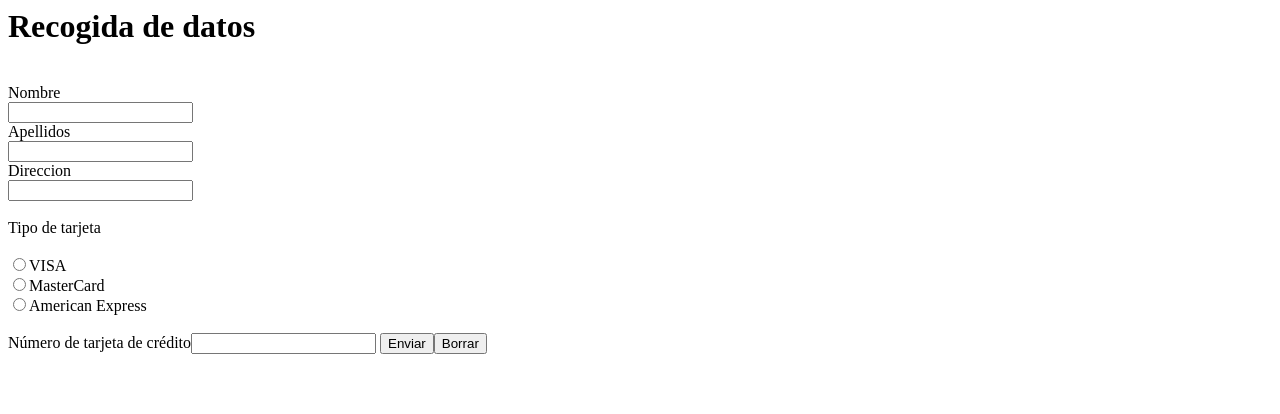
Repository: juvaga2000/eclipsetemp
Page: EjerciciosT1/src/main/webapp/ejer3.html
An editor plug-in stored every save of this project. The page is shown before and after the next save, followed by the edit.
The browser window is 1280 px wide. The pictures show the whole page.

Above is the page before, as saved 2022-10-04 08:49:43.

### EjerciciosT1/src/main/webapp/ejer3.html
<html>
<head>
<meta charset="ISO-8859-1">
<title>Insert title here</title>
</head>
<body>
	<h1>Recogida de datos</h1>
	<br>
	<form action="ejer1HolaMundo" method="post">
		Nombre<br>
		<input type="text" name="nombre" value=""><br>
		Apellidos<br>
		<input type="text" name="apellidos" value=""><br>
		Direccion<br>
		<input type="text" name="direccion" value="">
		<br><br>
		Tipo de tarjeta<br><br>
		<input type="radio" name="tarjeta" value="VISA">VISA<br>
		<input type="radio" name="tarjeta" value="MasterCard">MasterCard<br>
		<input type="radio" name="tarjeta" value="American Express">American Express<br><br>
		Número de tarjeta de crédito<input type="text" name="tarjeta" value="">
		<input type="submit"  value="Enviar"><input type="reset" value="Borrar">
	</form>
</body>
</html>

After the next save:
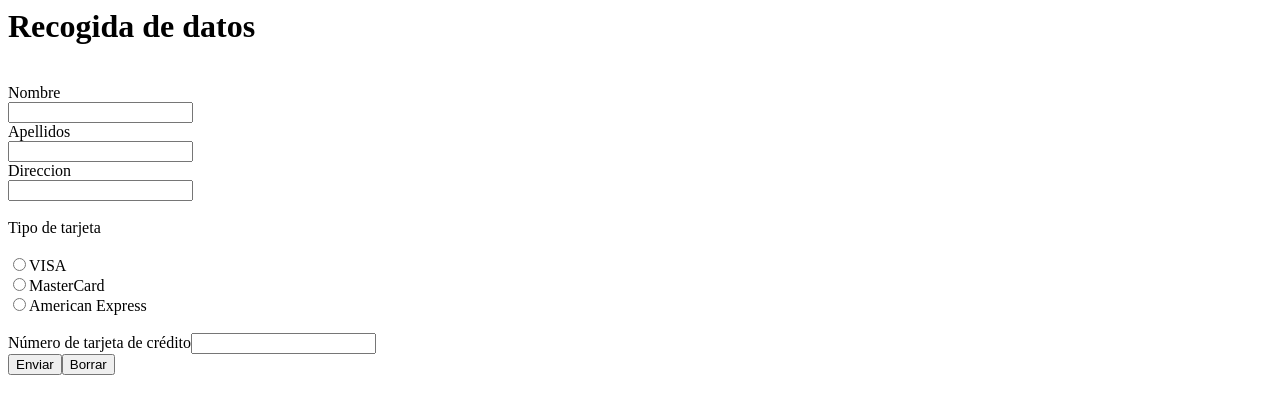
Saved 12 s later.
--- a/EjerciciosT1/src/main/webapp/ejer3.html
+++ b/EjerciciosT1/src/main/webapp/ejer3.html
@@ -18,7 +18,7 @@
 		<input type="radio" name="tarjeta" value="VISA">VISA<br>
 		<input type="radio" name="tarjeta" value="MasterCard">MasterCard<br>
 		<input type="radio" name="tarjeta" value="American Express">American Express<br><br>
-		Número de tarjeta de crédito<input type="text" name="tarjeta" value="">
+		Número de tarjeta de crédito<input type="text" name="tarjeta" value=""><br>
 		<input type="submit"  value="Enviar"><input type="reset" value="Borrar">
 	</form>
 </body>
